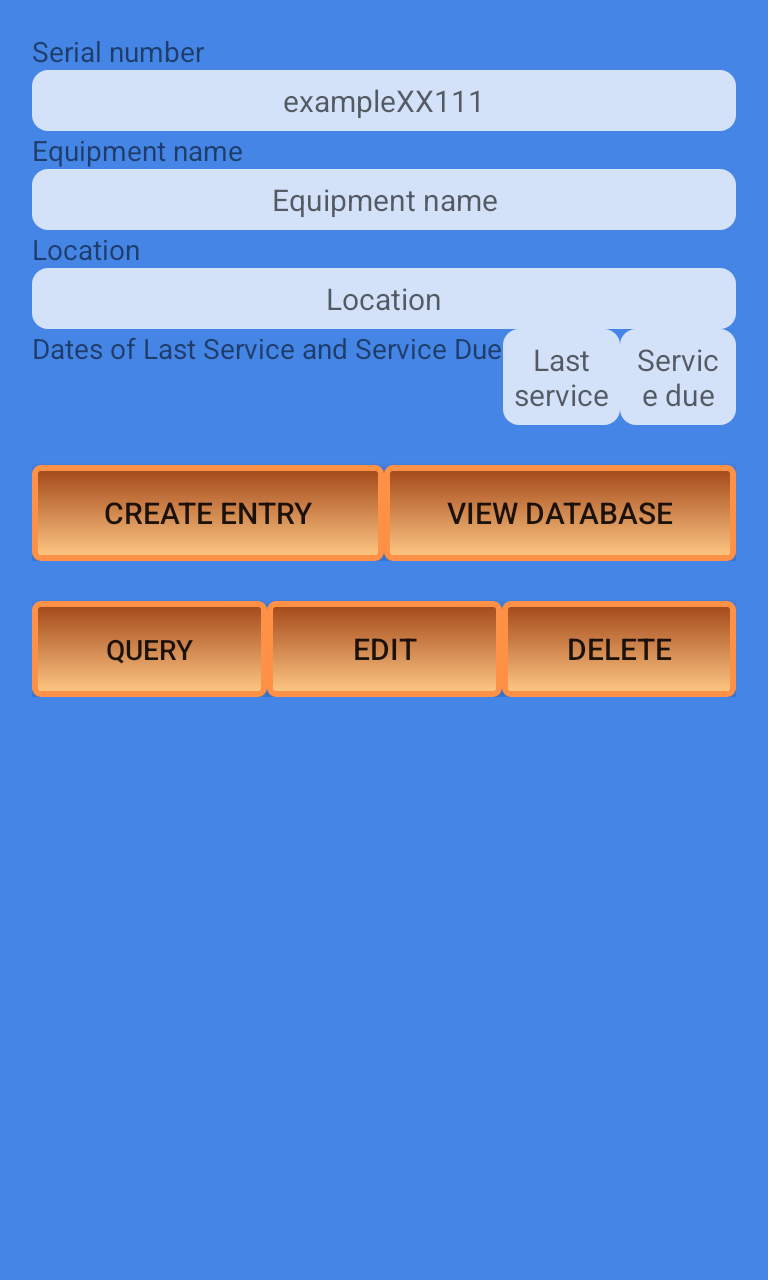
Repository: procmillie/AppKeepV9.12.14
Layout: StupidApp/res/layout/activity_database__home123.xml
These files come from the project's save history. The layout is drawn as it stood at one moment and after the next save; the edit follows.
It is drawn on a 768 x 1280 px phone screen (xhdpi) without system bars, with theme AppTheme; the app's code is not run.

Above is the layout before, as saved 2014-11-26 18:34:16.

### StupidApp/res/layout/activity_database__home123.xml
<LinearLayout xmlns:android="http://schemas.android.com/apk/res/android"
    xmlns:tools="http://schemas.android.com/tools"
    android:layout_width="match_parent"
    android:layout_height="match_parent"
    android:background="@color/bground_color"
    android:orientation="vertical"
    android:paddingBottom="@dimen/activity_vertical_margin"
    android:paddingLeft="@dimen/activity_horizontal_margin"
    android:paddingRight="@dimen/activity_horizontal_margin"
    android:paddingTop="@dimen/activity_vertical_margin"
    tools:context="ie.nuim.cs.appkeep.Database_Home" >

    <!-- Text box for equipment serial number -->

    <TextView
        android:id="@+id/tv_serial_num"
        android:layout_width="wrap_content"
        android:layout_height="wrap_content"
        android:gravity="center"
        android:text="@string/serial_num" />

    <EditText
        android:id="@+id/et_db_serial_num"
        android:layout_width="match_parent"
        android:layout_height="wrap_content"
        android:layout_gravity="center"
        android:background="@drawable/rounded_box"
        android:ems="10"
        android:gravity="center"
        android:hint="@string/serial_num_hint"
        android:padding="5dp"
        android:textSize="15sp" />

    <!-- Text box for equipment name -->

    <TextView
        android:id="@+id/tv_db_equip_name"
        android:layout_width="wrap_content"
        android:layout_height="wrap_content"
        android:gravity="center"
        android:text="@string/equip_name" />

    <EditText
        android:id="@+id/et_db_equip_name"
        android:layout_width="match_parent"
        android:layout_height="wrap_content"
        android:layout_gravity="center"
        android:background="@drawable/rounded_box"
        android:ems="10"
        android:gravity="center"
        android:hint="@string/equip_name"
        android:padding="5dp"
        android:textSize="15sp" />

    <!-- Text box for equipment location -->

    <TextView
        android:id="@+id/tv_db_eqip_location"
        android:layout_width="wrap_content"
        android:gravity="center"
        android:layout_height="wrap_content"
        android:text="@string/equip_location" />

    <EditText
        android:id="@+id/et_db_eqip_location"
        android:layout_width="match_parent"
        android:layout_height="wrap_content"
        android:layout_gravity="center"
        android:background="@drawable/rounded_box"
        android:ems="10"
        android:gravity="center"
        android:hint="@string/equip_location"
        android:padding="5dp"
        android:textSize="15sp" />

   <!-- Allowing two buttons linking to datePickers on the same line -->

    <LinearLayout
        android:layout_width="match_parent"
        android:layout_height="wrap_content"
        android:orientation="horizontal" >

        <!-- Button to conect to DatePicker for date of last service -->

    <TextView
        android:id="@+id/tv_db_eqip_location"
        android:layout_width="wrap_content"
        android:gravity="center"
        android:layout_height="wrap_content"
        android:text="Dates of Last Service and Service Due" />

    <EditText
        android:id="@+id/et_db_eqip_location"
        android:layout_width="match_parent"
        android:layout_height="wrap_content"
        android:layout_gravity="center"
        android:background="@drawable/rounded_box"
        android:ems="10"
        android:gravity="center"
        android:hint="@string/date_last"
        android:padding="5dp"
        android:layout_weight="40"
        android:textSize="15sp" />


    <EditText
        android:id="@+id/et_db_eqip_location"
        android:layout_width="match_parent"
        android:layout_height="wrap_content"
        android:layout_gravity="center"
        android:background="@drawable/rounded_box"
        android:ems="10"
        android:gravity="center"
        android:hint="@string/date_due"
        android:padding="5dp"
        android:layout_weight="40"
        android:textSize="15sp" />
       <!--   <Button
            android:id="@+id/bn_db_date_last_service"
            android:layout_width="wrap_content"
            android:layout_height="wrap_content"
            android:layout_marginTop="20dp"
            android:layout_marginEnd="20dp"
            android:layout_marginRight="20dp"
            android:layout_marginLeft="20dp"
            android:layout_weight="1"
            android:background="@drawable/button_style"
            android:paddingLeft="4dp"
            android:paddingRight="4dp"
            android:text="@string/date_last"
            android:textSize="15sp" />

        <!-- Button to conect to DatePicker for date service due

        <Button
            android:id="@+id/bn_db_date_due"
            android:layout_width="wrap_content"
            android:layout_height="wrap_content"
            android:layout_marginRight="20dp"
            android:layout_marginLeft="20dp"
            android:layout_marginStart="20dp"
            android:layout_marginTop="20dp"
            android:layout_weight="1"
            android:background="@drawable/button_style"
            android:paddingLeft="4dp"
            android:paddingRight="4dp"
            android:text="@string/date_due"
            android:textSize="15sp" />-->

    </LinearLayout>


    <!-- Allowing two buttons to appear on the same line within the wrapper LinearLayout -->

    <LinearLayout
        android:layout_width="match_parent"
        android:layout_height="wrap_content"
        android:orientation="horizontal"
        android:weightSum="100">

        <!-- Button to input database -->

        <Button
            android:id="@+id/bn_db_input"
            android:layout_width="match_parent"
            android:layout_height="wrap_content"
            android:layout_marginTop="20dp"
            android:layout_weight="50"
            android:background="@drawable/button_style"
            android:paddingLeft="4dp"
            android:paddingRight="4dp"
            android:text="@string/create_entry"

            android:textSize="15sp" />

        <!-- Button to view database -->

        <Button
            android:id="@+id/bn_db_view"
            android:layout_width="match_parent"
            android:layout_height="wrap_content"
            android:layout_marginTop="20dp"

            android:background="@drawable/button_style"
            android:paddingLeft="4dp"
            android:paddingRight="4dp"
            android:text="@string/view_db"
            android:layout_weight="50"
            android:textSize="15sp" />

    </LinearLayout>


     <!-- Buttons to edit, query and delete database -->

    <LinearLayout
        android:layout_width="match_parent"
        android:layout_height="wrap_content"
        android:orientation="horizontal" >



        <Button
        android:id="@+id/bn_db_set_query"
        android:layout_width="match_parent"
        android:layout_height="wrap_content"

        android:layout_marginTop="20dp"
        android:layout_weight="30"
        android:gravity="center"
        android:background="@drawable/button_style"
        android:text="@string/query" />


        <Button
            android:id="@+id/bn_db_edit"
            android:layout_width="match_parent"
            android:layout_height="wrap_content"
            android:layout_marginTop="20dp"
             android:layout_weight="30"
            android:background="@drawable/button_style"

            android:text="@string/edit_entry"

            android:textSize="15sp" />



        <Button
            android:id="@+id/bn_db_delete"
            android:layout_width="match_parent"
            android:layout_height="wrap_content"
            android:layout_marginTop="20dp"

            android:background="@drawable/button_style"
            android:paddingLeft="4dp"
            android:paddingRight="4dp"
            android:text="@string/delete_entry"
            android:layout_weight="30"
            android:textSize="15sp" />


     </LinearLayout>

</LinearLayout>

### StupidApp/res/values/strings.xml
<?xml version="1.0" encoding="utf-8"?>
<resources>

    <string name="app_name">AppKeep</string>
    <string name="hello_world">Hello world!</string>
    <string name="action_settings">Settings</string>

    <!-- Strings for DATABASE INPUT screen -->
    <!-- Setting up background color and strings for text hints and text box titles that let users know what data to enter -->

    <color name="bground_color">#4585E6</color>
    <color name="editText_bground">#D3E2F9</color>
    <string name="serial_num">Serial number</string>
    <string name="serial_num_hint">exampleXX111</string>
    <string name="equip_name">Equipment name</string>
    <string name="equip_location">Location</string>
    <string name="date_last">Last service</string>
    <string name="date_due">Service due</string>
    <string name="set_reminder">Set Reminder</string>
    <string name="query">Query</string>

    <string name="view_db">View Database</string>
    <string name="num">Number</string>
    <string name="edit_entry">Edit</string>
      <string name="delete_entry">Delete</string>


    <!--  Manifest String names -->
    <string name="database_homescreen">Database Homescreen</string>
    <string name="database_view">Database View</string>

    <!--  DatePicker String names -->
     <string name="set_date">Set Date</string>
     <string name="set_date_hint">Set Date</string>
     <string name="set_date_last_service">Set Date of Last Service</string>


    <!--  Button strings to input and edit database entries. Colors used:
    #FF9147 - pale gold
    #FF8533 - dark gold
    A34719 - brown-->
    <string name="create_entry">Create entry</string>
    <string name="view_database">View Database</string>
    <color name="bn_color">#FF9147</color>
    <color name="bn_color2">#FFC985</color>
    <color name="bn_color3">#FF0000</color>
    <color name="bn_color4">#FF3333</color>
    <color name="bn_color5">#FFC985</color>
    <color name="bn_color6">#A34719</color>
    <color name="bn_color7">#99FF66</color>




</resources>

### StupidApp/res/drawable-hdpi/rounded_box.xml
<?xml version="1.0" encoding="utf-8"?>


<!-- Styling the editText box, rounded corners and light blue background -->

    <shape xmlns:android="http://schemas.android.com/apk/res/android"
    android:padding="8dp"

    android:shape="rectangle" >
    <solid android:color="#D3E2F9" />
    <corners android:radius="8dp" />
</shape>

### StupidApp/res/drawable-hdpi/button_style.xml
<?xml version="1.0" encoding="utf-8"?>
<selector
    xmlns:android="http://schemas.android.com/apk/res/android">

    <item android:state_pressed="true" >
        <shape>
            <gradient
                android:startColor="@color/bn_color"
                android:endColor="@color/bn_color2"
                android:angle="270" />
            <stroke
                android:width="3dp"
                android:color="@color/bn_color" />
            <corners
                android:radius="3dp" />
            <padding
                android:left="10dp"
                android:top="10dp"
                android:right="10dp"
                android:bottom="10dp" />
        </shape>
    </item>

    <item android:state_focused="true" >
        <shape>
            <gradient
                android:endColor="@color/bn_color3"
                android:startColor="@color/bn_color4"
                android:angle="270" />
            <stroke
                android:width="3dp"
                android:color="@color/bn_color" />
            <corners
                android:radius="3dp" />
            <padding
                android:left="10dp"
                android:top="10dp"
                android:right="10dp"
                android:bottom="10dp" />
        </shape>
    </item>

    <item>
        <shape>
            <gradient
                android:endColor="@color/bn_color5"
                android:startColor="@color/bn_color6"
                android:angle="270" />
            <stroke
                android:width="3dp"
                android:color="@color/bn_color" />
            <corners
                android:radius="3dp" />
            <padding
                android:left="10dp"
                android:top="10dp"
                android:right="10dp"
                android:bottom="10dp" />
        </shape>
    </item>
</selector>

Loaded but not shown: StupidApp/res/values/styles.xml (common file); StupidApp/res/values-v11/styles.xml (common file); StupidApp/res/values-v14/styles.xml (common file); StupidApp/res/values/dimens.xml (common file); StupidApp/res/values-w820dp/dimens.xml (common file)

After the next save:
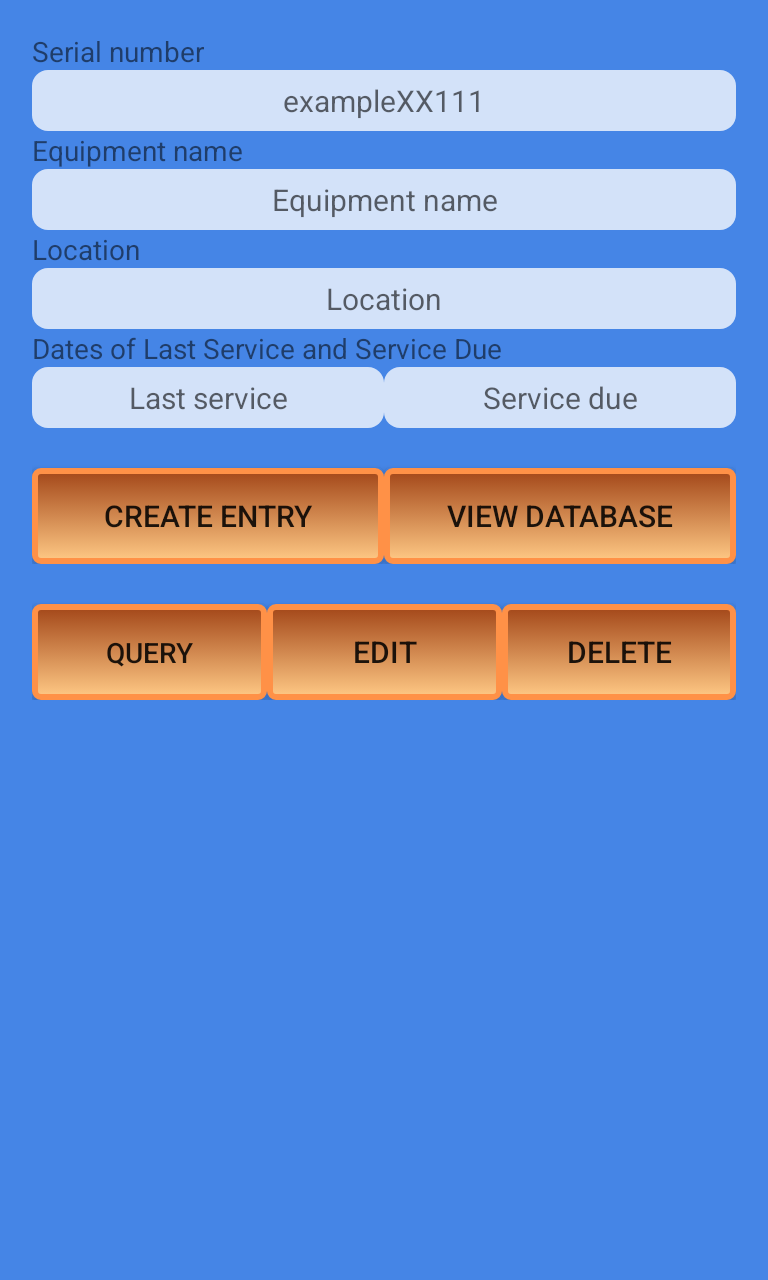
Saved 102 s later.
--- a/StupidApp/res/layout/activity_database__home123.xml
+++ b/StupidApp/res/layout/activity_database__home123.xml
@@ -73,7 +73,15 @@
         android:padding="5dp"
         android:textSize="15sp" />
 
-   <!-- Allowing two buttons linking to datePickers on the same line -->
+   <!-- Allowing two edit text views linking to datePickers on the same line -->
+
+
+    <TextView
+        android:id="@+id/tv_db_set_dates"
+        android:layout_width="wrap_content"
+        android:gravity="center"
+        android:layout_height="wrap_content"
+        android:text="Dates of Last Service and Service Due" />
 
     <LinearLayout
         android:layout_width="match_parent"
@@ -82,15 +90,9 @@
 
         <!-- Button to conect to DatePicker for date of last service -->
 
-    <TextView
-        android:id="@+id/tv_db_eqip_location"
-        android:layout_width="wrap_content"
-        android:gravity="center"
-        android:layout_height="wrap_content"
-        android:text="Dates of Last Service and Service Due" />
-
-    <EditText
-        android:id="@+id/et_db_eqip_location"
+
+    <EditText
+        android:id="@+id/et_db_set_last_date"
         android:layout_width="match_parent"
         android:layout_height="wrap_content"
         android:layout_gravity="center"
@@ -104,7 +106,7 @@
 
 
     <EditText
-        android:id="@+id/et_db_eqip_location"
+        android:id="@+id/et_db_set_due_date"
         android:layout_width="match_parent"
         android:layout_height="wrap_content"
         android:layout_gravity="center"
